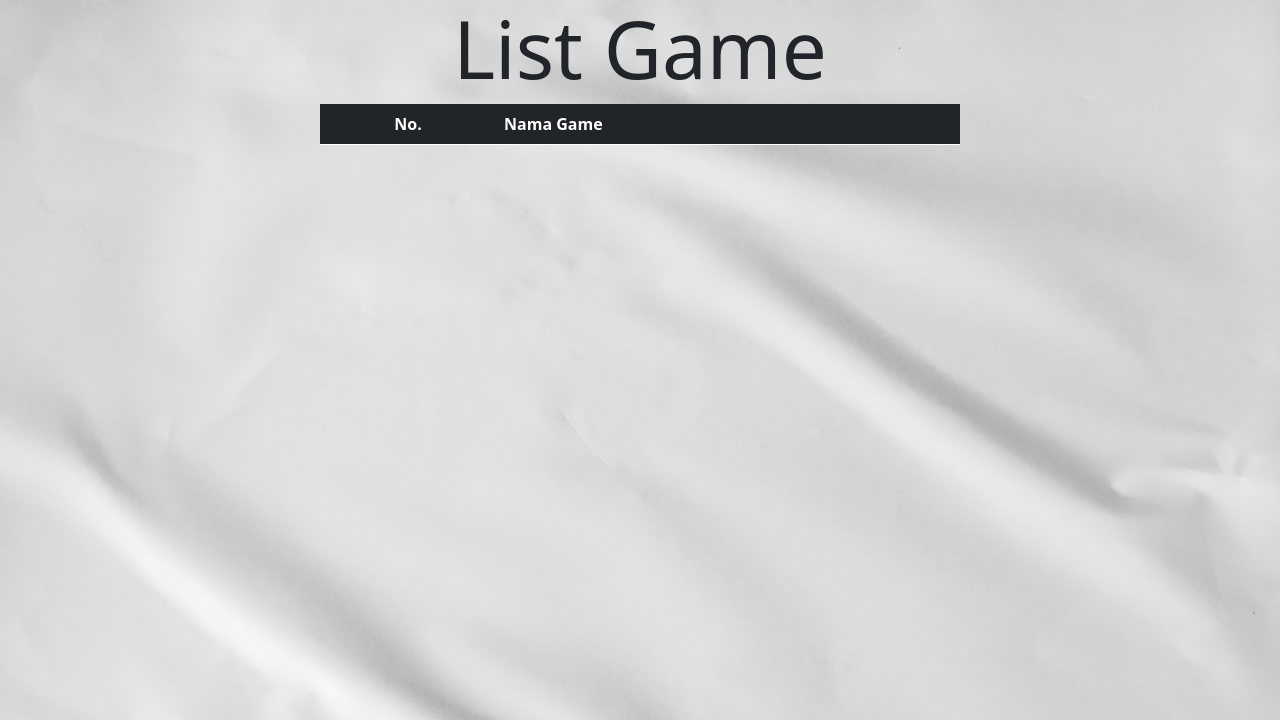
Repository: aqordeon/SPKWP
Page: http://localhost/listgame.php
The author's editor kept a copy of each file at every save. The page is drawn from the files as they stood at one save, then again after the next save.
The browser window is 1280 px wide. The pictures show the whole page.
The page is run by PHP 8.4 with error messages shown; the project is at /var/www/html/. Queries for data that is not in the repository find no rows.

Above is the page before, as saved 2021-01-13 22:57:12.

### listgame.php
<!DOCTYPE html>
<html lang="en">
<head>
    <meta charset="UTF-8">
    <meta name="viewport" content="width=device-width, initial-scale=1.0">
    <title>List Game</title>
    <link rel="stylesheet" href="css/bootstrap.css" type="text/css" />
    <style>
        body {
            background-image: url("images/whitepaper.jpg");
            background-color: #cccccc;
            background-size: cover;
        }
    </style>
    <?php
        include "koneksi.php";
        $tabelalternatif = mysqli_query($con, "SELECT * FROM tb_alternatif");
        $baristabelalternatif = mysqli_num_rows($tabelalternatif);
        $i = 1;
    ?>
</head>
<body>
    <h1 class="display-1" style="text-align: center;"><b>List Game</b></h1>
    <table class="table table-striped" style="width: 50%; margin: auto auto;">
        <thead class="table-dark">
            <tr>
                <th scope="col" style="text-align: center;">No.</th>
                <th scope="col">Nama Game</th>
            </tr>
        </thead>
        <tbody>
            <?php
                if ($baristabelalternatif > 0) {
                    while($row = mysqli_fetch_assoc($tabelalternatif)) { ?>
                        <tr>
                            <th scope="row" style="text-align: center;"><?php echo $i; ?></th>
                            <td><?php echo $row['nama_game']; ?></td>
                        </tr>
                    <?php $i++; }
                } ?>
        </tbody>
    </table>


</body>
</html>

### koneksi.php
<?php
    $servername = "localhost";
    $username = "root";
    $password = "";
    $database = "db_spkwp";

    $con = mysqli_connect($servername, $username, $password, $database);

    // $ambilparagraf = $con->query("SELECT * FROM paragraph");
    // $cekdbparagraf = $ambilparagraf->fetch_assoc();
?>

Loaded but not shown: css/bootstrap.css (library)

After the next save:
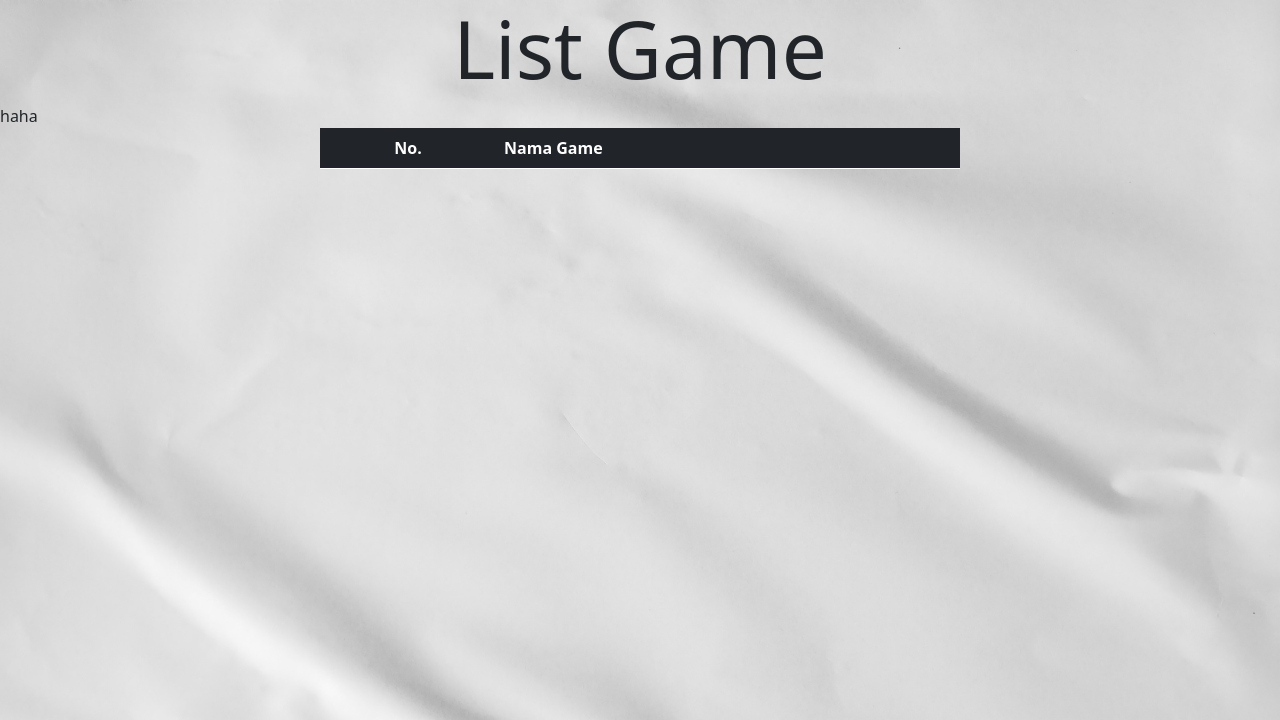
Saved 91 s later.
--- a/listgame.php
+++ b/listgame.php
@@ -39,6 +39,7 @@
                     <?php $i++; }
                 } ?>
         </tbody>
+        haha
     </table>
 
 

After the save that followed:
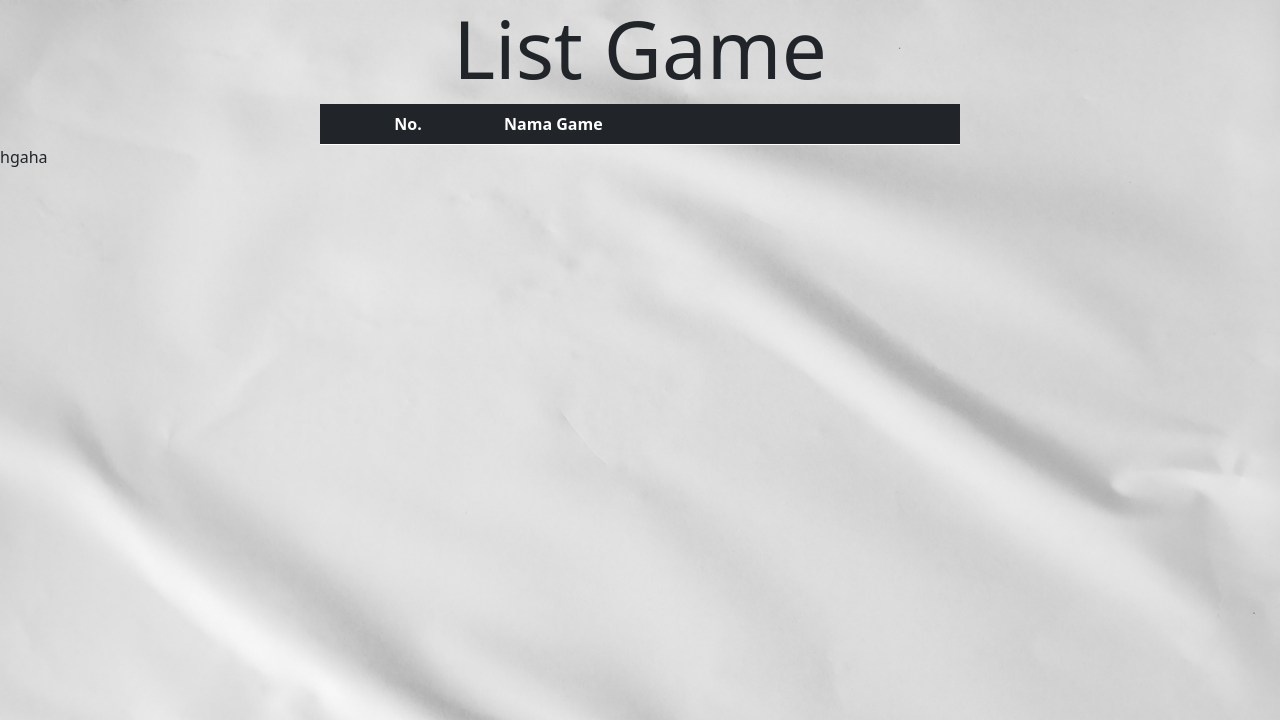
Saved 7 s later.
--- a/listgame.php
+++ b/listgame.php
@@ -39,8 +39,8 @@
                     <?php $i++; }
                 } ?>
         </tbody>
-        haha
     </table>
+    hgaha
 
 
 </body>
